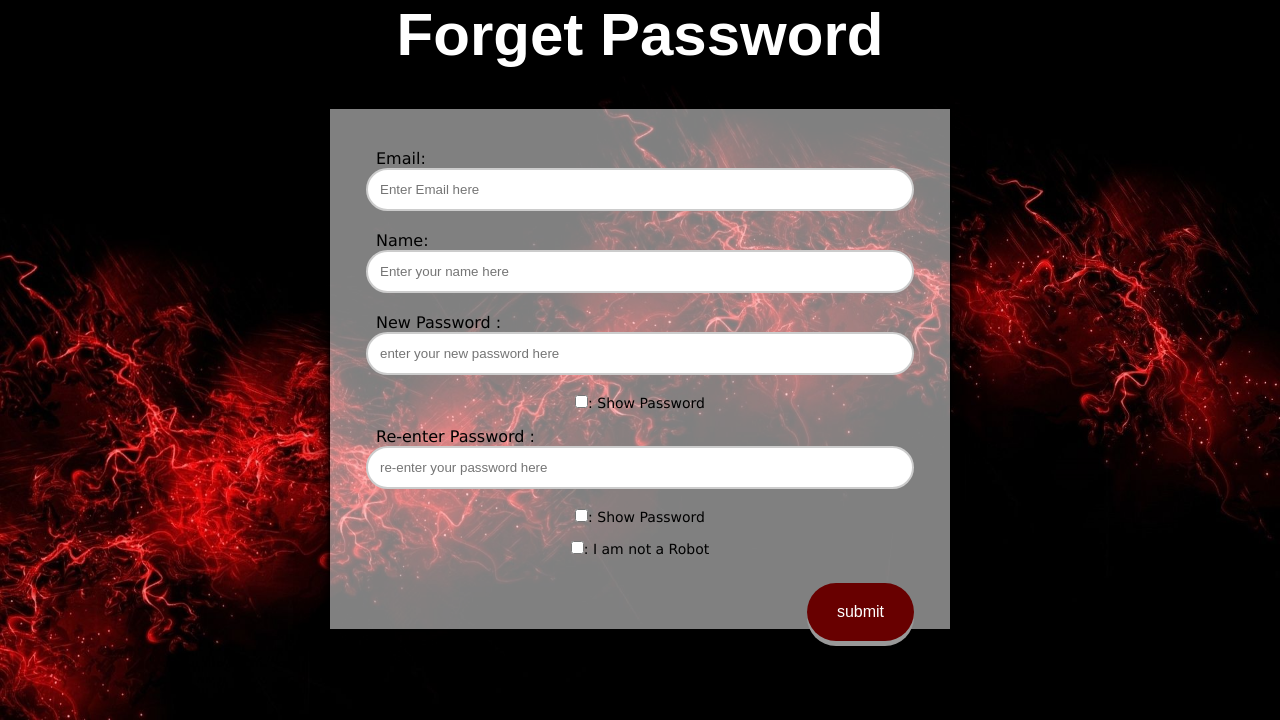
Repository: amila1998/OOP-Group-Assignment-1st-Year-2nd-Semester
Page: http://localhost/OMT/forgetpassword.jsp
These files come from the project's save history. The page is drawn as it stood at one moment and after the next save; the edit follows.
The browser window is 1280 px wide. The pictures show the whole page.
Backgrounds fixed to the window are drawn as part of the page. Some web fonts or font styles are not loaded; a fallback is used. The page is served by Tomcat 9. Nobody is signed in. The application's start-up code is not run.

Above is the page before, as saved 2021-05-24 09:27:46.

After the next save:
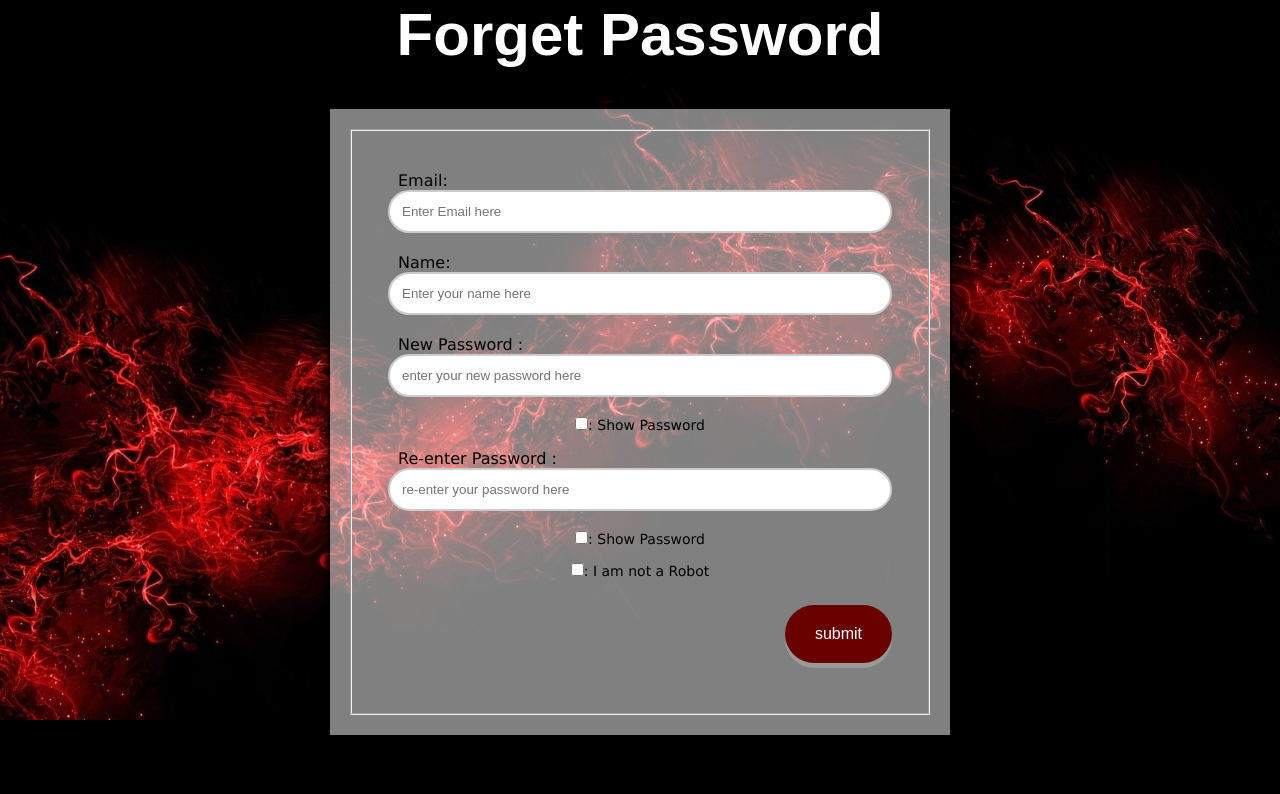
Saved 60 s later.
--- a/OMT/WebContent/forgetpassword.jsp
+++ b/OMT/WebContent/forgetpassword.jsp
@@ -15,6 +15,7 @@
 	<div id="formStyle3">
 
 		<form action="forgetpassword" method="POST" >
+		<fieldset>
 			<div class="col-50">
 						<% String msg = request.getParameter("msg");
 						if("invalid".equals(msg)){%>
@@ -92,7 +93,7 @@
 				</div>
 
 			</div>
-		</form></center>
+		</section>fieldset></form></center>
 
 </section>
 
